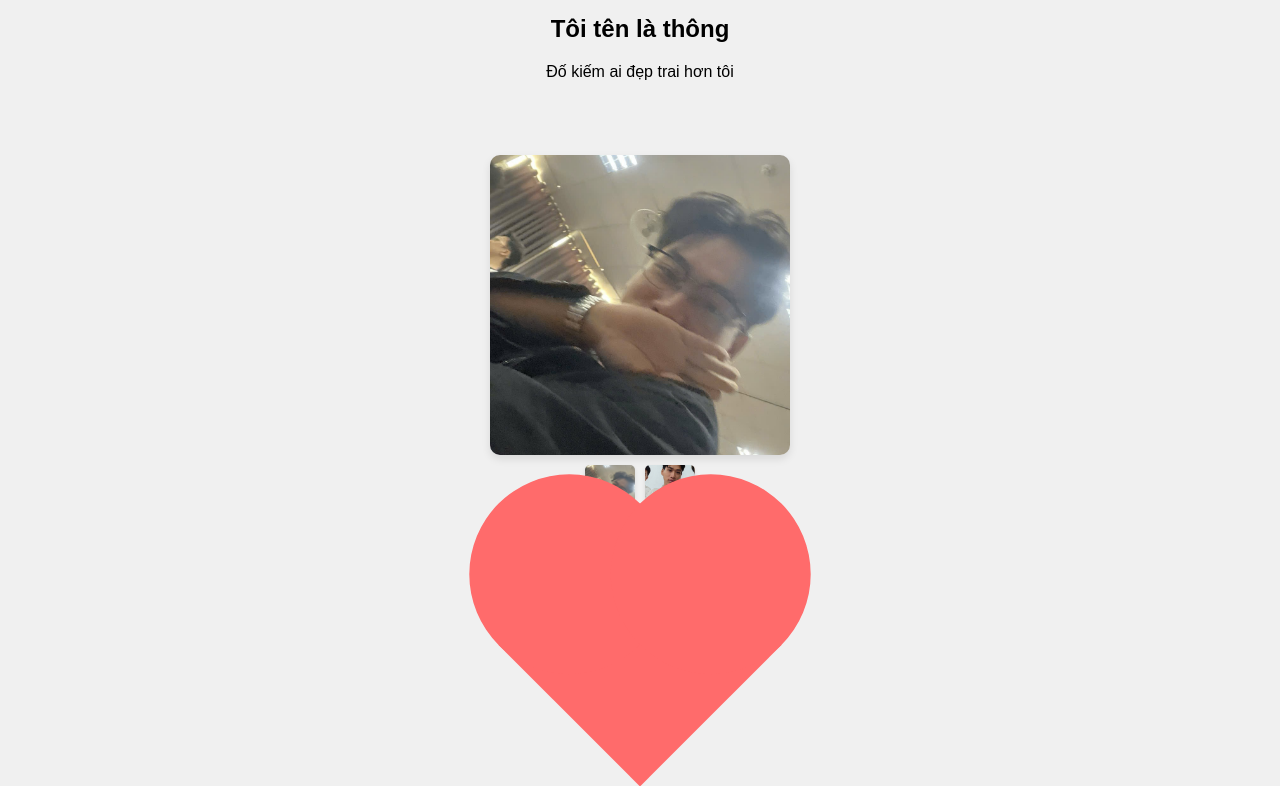
Repository: Thonghehe/profile
Page: index.html
These files come from the project's save history. The page is drawn as it stood at one moment and after the next save; the edit follows.
The browser window is 1280 px wide. The pictures show the whole page.

Above is the page before, as saved 2024-11-15 13:47:50.

### index.html
<!DOCTYPE html>
<html lang="en">

<head>
    <meta charset="UTF-8">
    <meta name="viewport" content="width=device-width, initial-scale=1.0">
    <title>Document</title>
    <link rel="stylesheet" href="./style.css">
</head>

<body>
    <div>
        <h1>My Introduce</h1>
        <h2>Tôi tên là thông</h2>
        <p>Đố kiếm ai đẹp trai hơn tôi</p>
        <img src="" alt="">
    </div>

    <div class="thumbnail-container">
        <img id="large-image" src="" alt="Large Image">
        <div class="thumbnails" style="margin: auto;"></div>
        <div class="heart"></div>
        <script>
            const images = {
                image1: './images/image1.png',
                image2: './images/image.png',

            };

            const largeImage = document.getElementById('large-image');
            const thumbnailsContainer = document.querySelector('.thumbnails');

            Object.values(images).forEach(src => {
                const img = document.createElement('img');
                img.src = src;
                img.alt = 'Thumbnail';
                img.classList.add('thumbnail');
                img.addEventListener('mouseover', () => {
                    largeImage.src = src;
                });
                thumbnailsContainer.appendChild(img);
            });

            // Set the initial large image
            largeImage.src = images.image1;
        </script>
</body>

</html>

### style.css
body {
    display: flex;
    flex-direction: column;
    justify-content: center;
    align-items: center;
    height: 100vh;
    margin: 0;
    background-color: #f0f0f0;
    font-family: Arial, sans-serif;
    overflow: hidden;
}

div {
    text-align: center;
    margin-bottom: 20px;
}

.heart {
    position: relative;
    width: 200px;
    height: 200px;
    background-color: #ff6b6b;
    transform: rotate(-45deg);
    margin-top: 20px;
}

.heart::before,
.heart::after {
    content: "";
    position: absolute;
    width: 200px;
    height: 200px;
    background-color: #ff6b6b;
    border-radius: 50%;
}

.heart::before {
    top: -100px;
    left: 0;
}

.heart::after {
    top: 0;
    left: 100px;
}

#fireworks-container {
    position: absolute;
    top: 0;
    left: 0;
    width: 100%;
    height: 100%;
    pointer-events: none;
}

.thumbnail-container {
    display: flex;
    flex-direction: column;
    align-items: center;
    gap: 10px;
    margin-top: 20px;
}

#large-image {
    width: 300px;
    height: 300px;
    object-fit: cover;
    border-radius: 10px;
    box-shadow: 0 4px 8px rgba(0, 0, 0, 0.1);
}

.thumbnails {
    display: flex;
    gap: 10px;
}

.thumbnail {
    width: 50px;
    height: 50px;
    object-fit: cover;
    border-radius: 5px;
    cursor: pointer;
    box-shadow: 0 2px 4px rgba(0, 0, 0, 0.1);
}

After the next save:
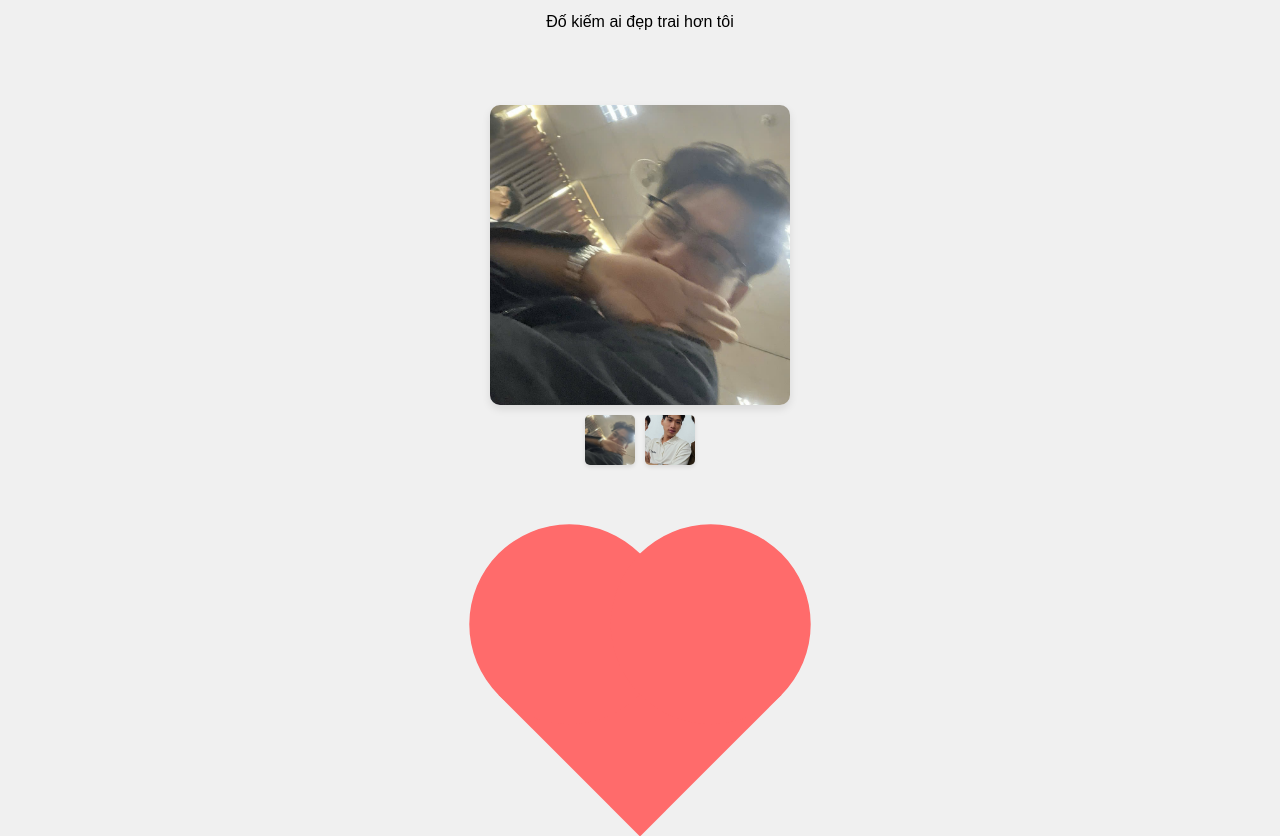
Saved 13 s later.
--- a/index.html
+++ b/index.html
@@ -18,7 +18,7 @@
 
     <div class="thumbnail-container">
         <img id="large-image" src="" alt="Large Image">
-        <div class="thumbnails" style="margin: auto;"></div>
+        <div class="thumbnails" style="margin-bottom:100px ;"></div>
         <div class="heart"></div>
         <script>
             const images = {
